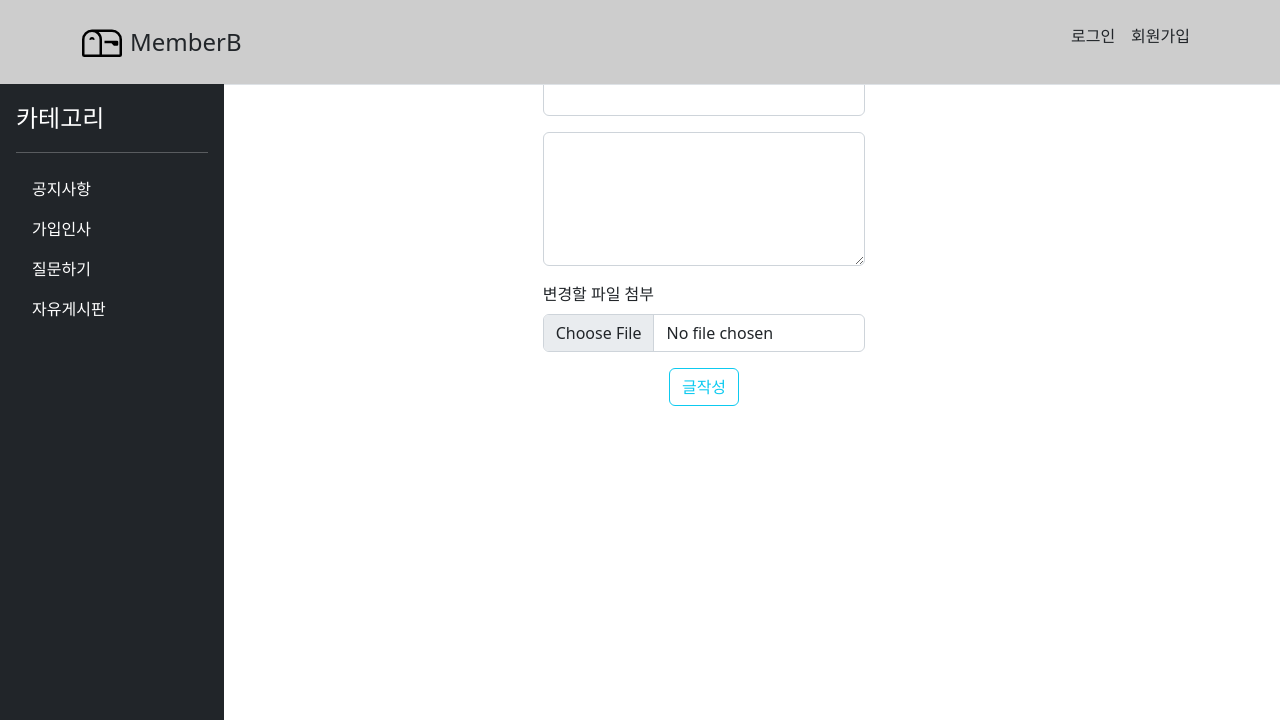
Repository: charmErin/board_220915
Page: http://localhost/board/WEB-INF/views/board/update.jsp
These files come from the project's save history. The page is drawn as it stood at one moment and after the next save; the edit follows.
The browser window is 1280 px wide. The pictures show the whole page.
The page is served by Tomcat 9. Nobody is signed in. Other server files are loaded and not shown. The template is opened directly, without the code that normally fills it, so the values that code supplies are empty.

Above is the page before, as saved 2022-09-16 01:34:43.

### board/src/main/webapp/WEB-INF/views/board/update.jsp
<%@ page language="java" contentType="text/html; charset=UTF-8"
    pageEncoding="UTF-8"%>
<%@ taglib uri="http://java.sun.com/jsp/jstl/core" prefix="c" %>
<!DOCTYPE html>
<html>
<head>
<meta charset="UTF-8">
<title>Insert title here</title>
<style>
	.body-content {
		margin-left: 15rem;
		padding-left: 3rem;
		padding-right: 10rem;
	}
</style>
</head>
<body>
	<%@include file ="../layout/header.jsp" %>
	<div class="body-content">
	<div class="container col-5 my-4">
		<form action="/board/update" method="post" enctype="multipart/form-data">
			<select class="form-select mt-3 mb-3" aria-label="Default select example" name="categoryId">
				<c:choose>
					<c:when test="${board.categoryId eq 1}">
						<option value="1" selected>공지사항</option>
						<option value="2">가입인사</option>
						<option value="3">질문하기</option>
						<option value="4">자유게시판</option>
					</c:when>
					<c:when test="${board.categoryId eq 2}">
						<option value="1">공지사항</option>
						<option value="2" selected>가입인사</option>
						<option value="3">질문하기</option>
						<option value="4">자유게시판</option>
					</c:when>
					<c:when test="${board.categoryId eq 3}">
						<option value="1">공지사항</option>
						<option value="2">가입인사</option>
						<option value="3" selected>질문하기</option>
						<option value="4">자유게시판</option>
					</c:when>
					<c:otherwise>
						<option value="1">공지사항</option>
						<option value="2">가입인사</option>
						<option value="3">질문하기</option>
						<option value="4" selected>자유게시판</option>
					</c:otherwise>
				</c:choose>
			</select>
			<input type="hidden" name="memberId" value="${board.memberId}">
			<input class="form-control mb-3" type="text" name="boardTitle" value="${board.boardTitle}">
			<input type="hidden" name="boardWriter" value="${board.memberName}">
			<textarea class="form-control mb-3" name="boardContents" rows="5">${board.boardContents}</textarea>
<!-- 			<div class="mb-3"> -->
<!-- 			  <label for="formFile" class="form-label">현재 파일</label> -->
<%-- 			  <input class="form-control" type="file" name="boardFileName" value="${board.boardFileName}"> --%>
<!-- 			</div> -->
<!-- 			<input type="button" onclick="fileDelete()" value="이전 첨부파일 삭제"> -->
			<div class="mb-3">
			  <label for="formFile" class="form-label">변경할 파일 첨부</label>
			  <input class="form-control" type="file" name="boardFile" id="formFile">
			</div>
			<input class="btn btn-outline-info d-grid mx-auto" type="submit" value="글작성">
		</form>
	</div>
	</div>
</body>
<script>
	const fileDelete = () => {
		const boardFileName = null;

		$.ajax({
			type: "delete",
			url: "/board/file-delete",
			success: function() {

			}
		});
	}
</script>
</html>

### board/src/main/webapp/WEB-INF/views/layout/header.jsp
<%@ page language="java" contentType="text/html; charset=UTF-8"
    pageEncoding="UTF-8"%>
<%@ taglib uri="http://java.sun.com/jsp/jstl/core" prefix="c" %>
<%@ taglib prefix="fmt" uri="http://java.sun.com/jsp/jstl/fmt" %>
<!DOCTYPE html>
<html>
<head>
<meta charset="UTF-8">
<link href="https://cdn.jsdelivr.net/npm/bootstrap@5.2.1/dist/css/bootstrap.min.css" rel="stylesheet" integrity="sha384-iYQeCzEYFbKjA/T2uDLTpkwGzCiq6soy8tYaI1GyVh/UjpbCx/TYkiZhlZB6+fzT" crossorigin="anonymous">
<title>Insert title here</title>
<style>
	header {
		background: #CDCDCD;
	}

	.side-bar {
		width: 14rem;
		height: 100%;
		margin-top: 1rem;
		position: fixed;
		display: inline !important;
	}
</style>
</head>
<body>
	<header class="py-3 border-bottom header-fix fixed-top">
		<div class="container d-flex flex-wrap justify-content-center">
			<a href="/" class="d-flex align-items-center mb-3 mb-lg-0 me-lg-auto text-dark text-decoration-none">
				<img src="../../../resources/svg/mailbox.svg" width="40" height="40">
				<span class="fs-4 m-2">
					MemberB
				</span>
			</a>

			<div>
				<c:choose>
					<c:when test="${sessionScope.id == null}">
						<ul class="nav">
							<li class="nav-item">
								<a href="/member/login-form" class="nav-link link-dark px-2">로그인</a>
							</li>
							<li class="nav-item">
								<a href="/member/save-form" class="nav-link link-dark px-2">회원가입</a>
							</li>
						</ul>
					</c:when>
					<c:otherwise>
						<ul class="nav">
							<li class="nav-item">
								<a href="/member/detail/${sessionScope.id}" class="nav-link link-dark px-2">${sessionScope.memberName}</a>
							</li>
							<c:if test="${sessionScope.loginId eq 'admin'}">
								<li class="nav-item">
									<a href="/member/findAll" class="nav-link link-dark px-2">회원목록</a>
								</li>
							</c:if>
							<li class="nav-item">
								<a href="/member/logout" class="nav-link link-dark px-2">로그아웃</a>
							</li>
						</ul>
					</c:otherwise>
				</c:choose>
			</div>
		</div>
		<div class="d-flex flex-column flex-shrink-0 p-3 text-bg-dark side-bar">
			<span class="fs-4">카테고리</span>
			<hr>
			<ul class="nav nav-pills flex-column mb-auto">
				<li class="nav-item">
					<a href="/board/1" class="nav-link text-white">공지사항</a>
				</li>
				<li>
					<a href="/board/2" class="nav-link text-white">가입인사</a>
				</li>
				<li>
					<a href="/board/3" class="nav-link text-white">질문하기</a>
				</li>
				<li>
					<a href="/board/4" class="nav-link text-white">자유게시판</a>
				</li>
			</ul>
		</div>
	</header>
</body>
</html>

### board/src/main/webapp/resources/svg/mailbox.svg
<svg xmlns="http://www.w3.org/2000/svg" width="16" height="16" fill="currentColor" class="bi bi-mailbox" viewBox="0 0 16 16">
  <path d="M4 4a3 3 0 0 0-3 3v6h6V7a3 3 0 0 0-3-3zm0-1h8a4 4 0 0 1 4 4v6a1 1 0 0 1-1 1H1a1 1 0 0 1-1-1V7a4 4 0 0 1 4-4zm2.646 1A3.99 3.99 0 0 1 8 7v6h7V7a3 3 0 0 0-3-3H6.646z"/>
  <path d="M11.793 8.5H9v-1h5a.5.5 0 0 1 .5.5v1a.5.5 0 0 1-.5.5h-1a.5.5 0 0 1-.354-.146l-.853-.854zM5 7c0 .552-.448 0-1 0s-1 .552-1 0a1 1 0 0 1 2 0z"/>
</svg>

After the next save:
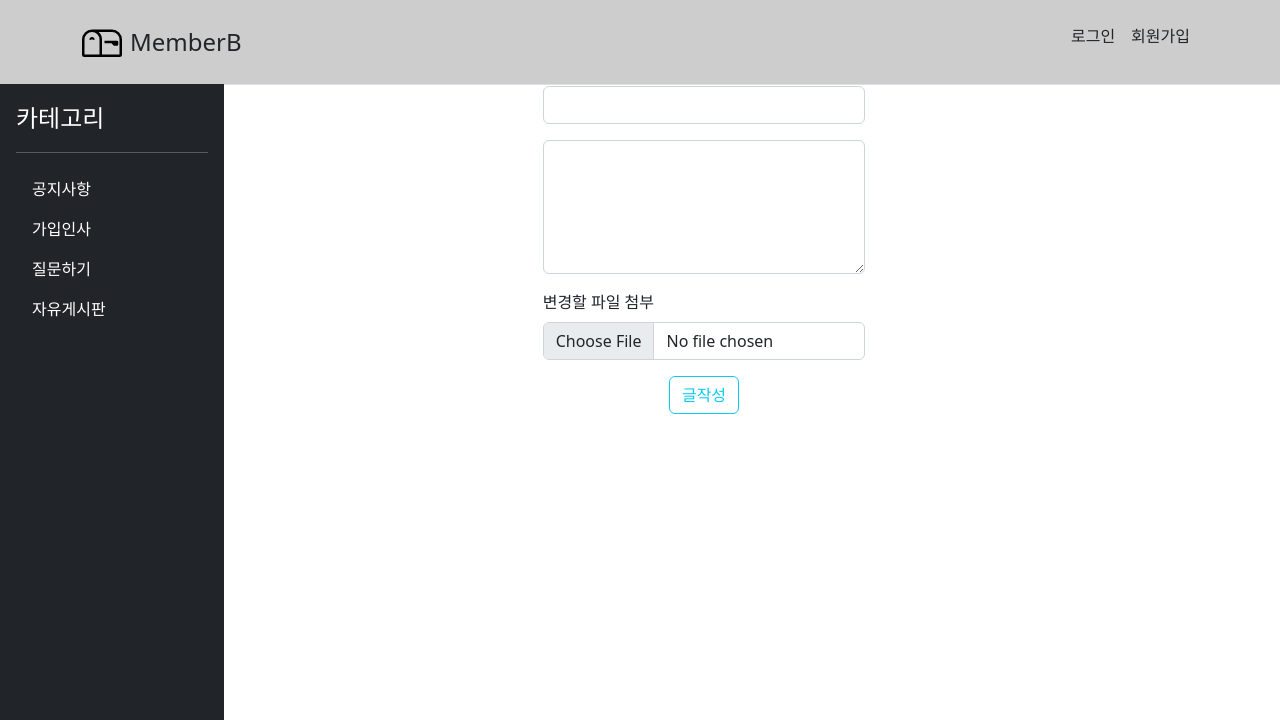
Saved 3 min 0 s later.
--- a/board/src/main/webapp/WEB-INF/views/board/update.jsp
+++ b/board/src/main/webapp/WEB-INF/views/board/update.jsp
@@ -8,6 +8,7 @@
 <title>Insert title here</title>
 <style>
 	.body-content {
+		margin-top: 2rem;
 		margin-left: 15rem;
 		padding-left: 3rem;
 		padding-right: 10rem;
